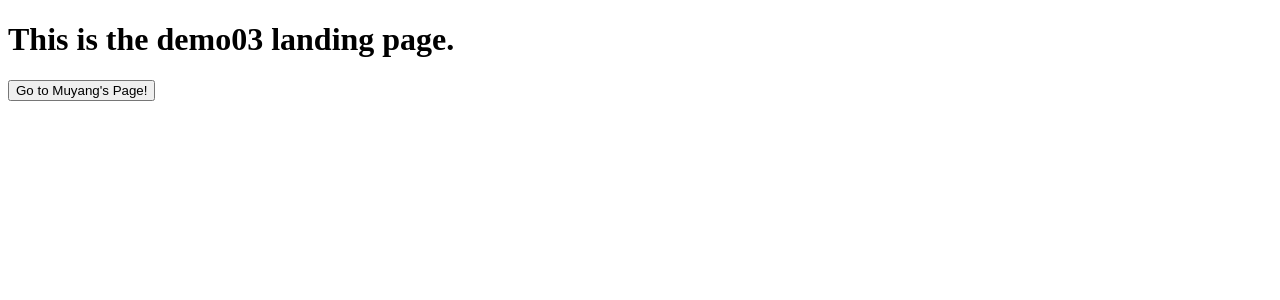
Repository: GlobalYZ/demo03-Muyang
Page: index.html
An editor plug-in stored every save of this project. The page is shown before and after the next save, followed by the edit.
The browser window is 1280 px wide. The pictures show the whole page.

Above is the page before, as saved 2023-01-17 18:26:40.

After the next save:
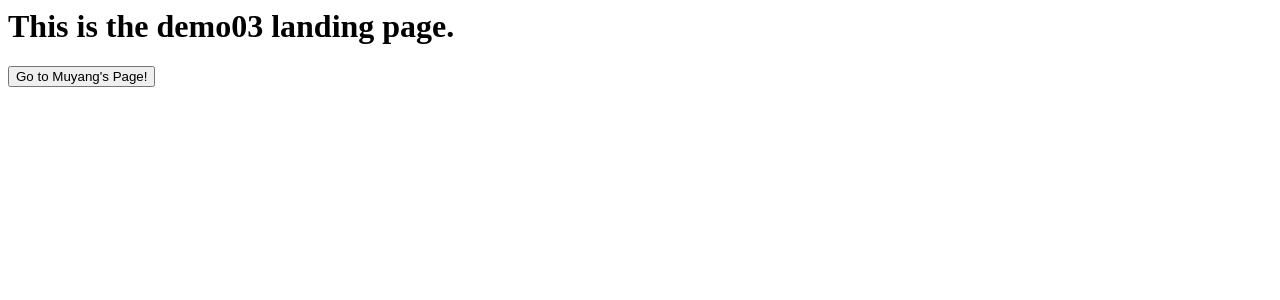
Saved 17 min 7 s later.
--- a/index.html
+++ b/index.html
@@ -1,12 +1,4 @@
-<!DOCTYPE html>
-<html lang="en">
-
-<head>
-    <meta charset="UTF-8">
-    <meta http-equiv="X-UA-Compatible" content="IE=edge">
-    <meta name="viewport" content="width=device-width, initial-scale=1.0">
-    <title>Document</title>
-</head>
+<html>
 
 <body>
     <h1>This is the demo03 landing page.</h1>
